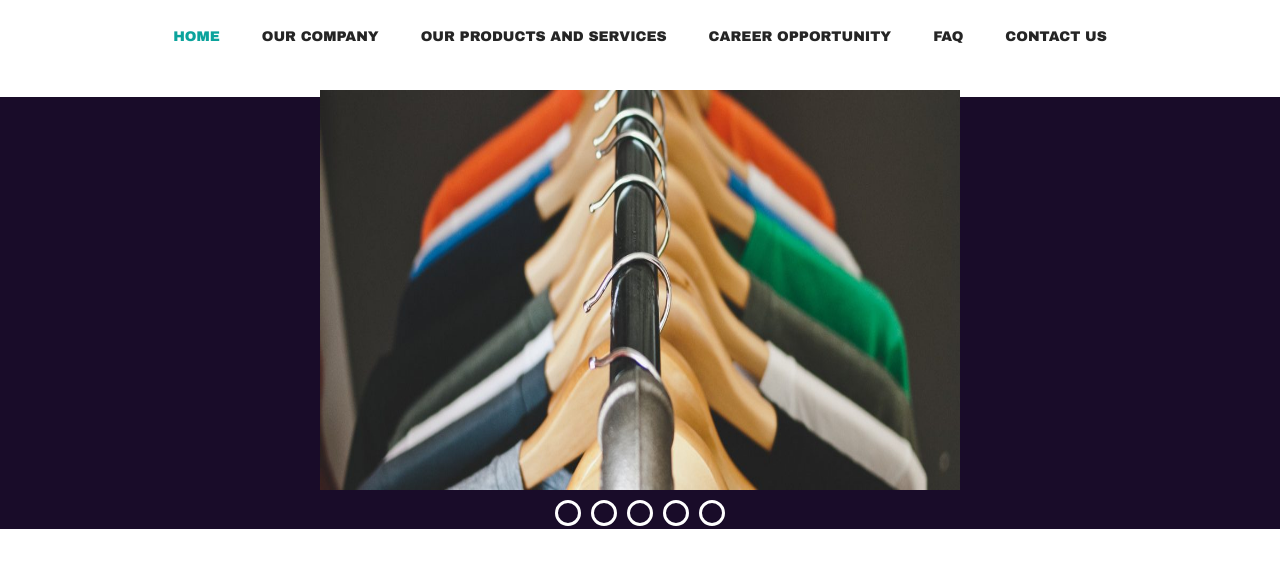
Repository: asifdotpy/textechint
Page: homeTextile.html
These files come from the project's save history. The page is drawn as it stood at one moment and after a run of saves; the edit follows.
The browser window is 1280 px wide. The pictures show the whole page.

Above is the page before, as saved 2021-03-03 14:44:42.
Console error: TypeError: Cannot read properties of null (reading 'dataset')

After the next 6 saves:
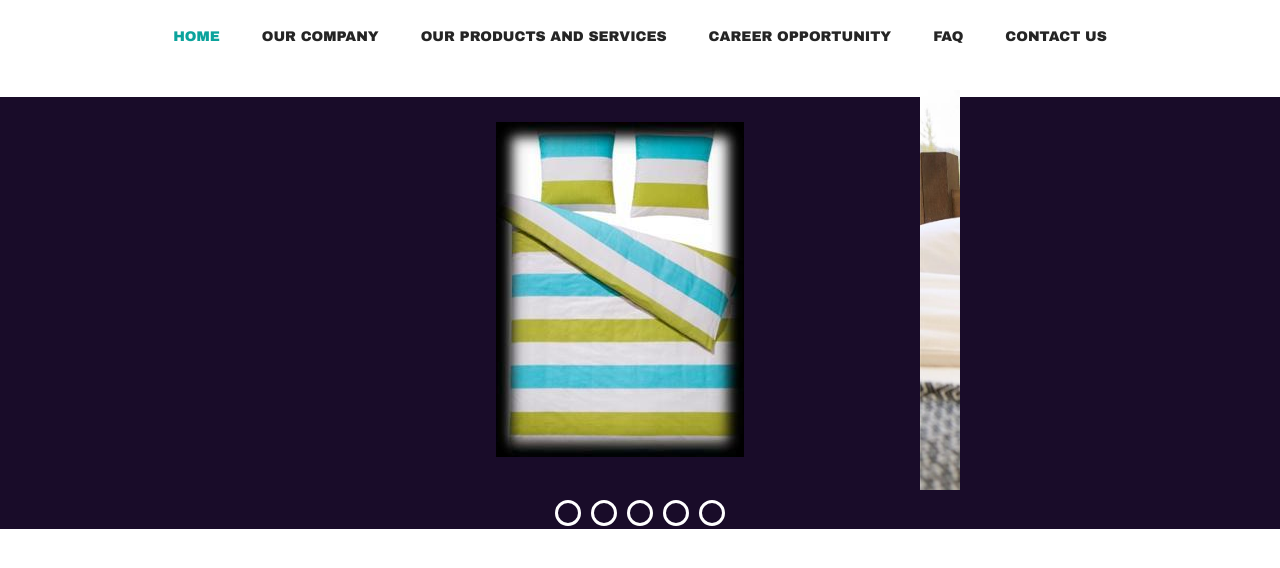
The 6 saves are shown as one change because they came seconds apart.
The last was saved 55 s later.
--- a/homeTextile.html
+++ b/homeTextile.html
@@ -43,7 +43,7 @@
                 <input type="radio" name="slide" id="img4">
                 <input type="radio" name="slide" id="img5">
 
-                <img src="./images/slide-apparel.jpg" class="m1" alt="img1">
+                <img src="./hometextile/hometextile1.png" class="m1" alt="img1">
                 <img src="./images/slide-hometextile.jpg" class="m2" alt="img2">
                 <img src="./images/slide-handicraft.jpg" class="m3" alt="img3">
                 <img src="./images/slide-leather.jpg" class="m4" alt="img4">
